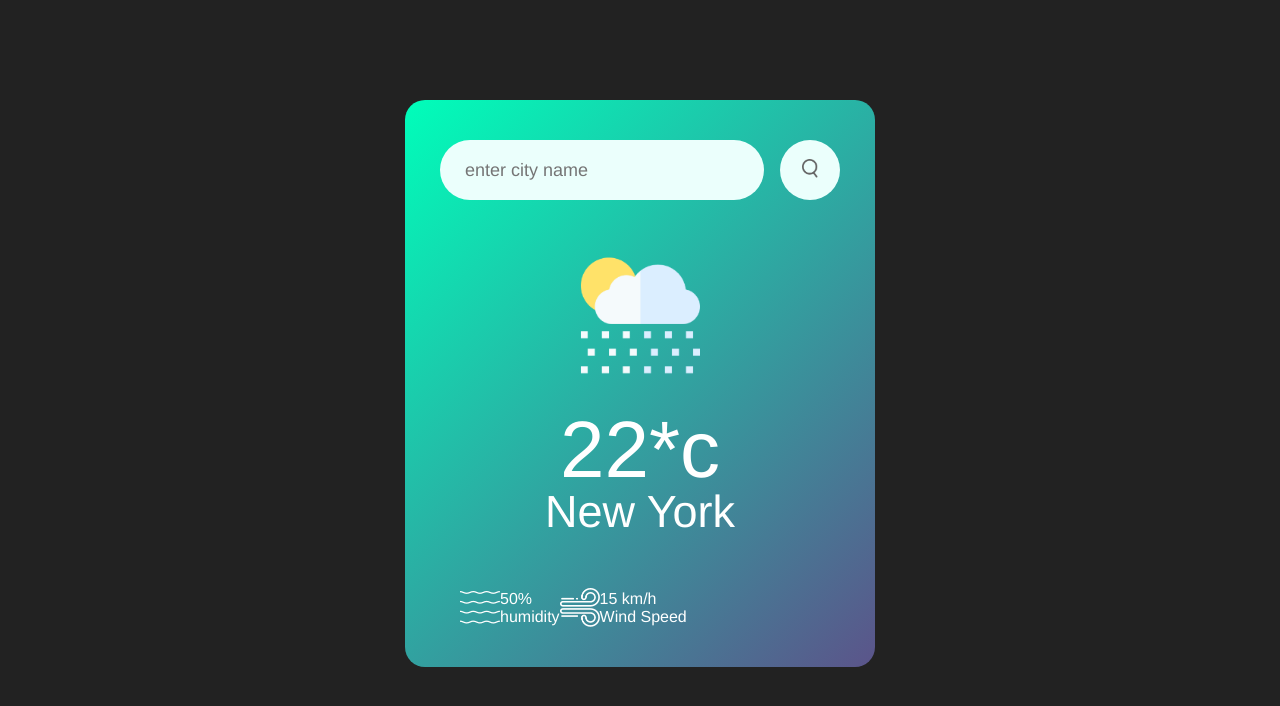
Repository: sodmaq/weatherApp
Page: index.html
These files come from the project's save history. The page is drawn as it stood at one moment and after a run of saves; the edit follows.
The browser window is 1280 px wide. The pictures show the whole page.

Above is the page before, as saved 2023-06-24 22:42:57.

### index.html
<!DOCTYPE html>
<html lang="en">
  <head>
    <meta charset="UTF-8" />
    <meta name="viewport" content="width=device-width, initial-scale=1.0" />
    <link rel="stylesheet" href="style.css" />
    <title>Weather App</title>
  </head>
  <body>
    <div class="card">
      <div class="search">
        <input type="text" placeholder="enter city name" spellcheck="false" />
        <button><img src="images/search.png" alt="search_icon" /></button>
      </div>
      <div class="weather">
        <img src="images/rain.png" alt="rain_icon" class="weather-icon" />
        <h1 class="temp">22*c</h1>
        <h2 class="city">New York</h2>
        <div class="details">
          <div class="col">
            <img src="images/humidity.png" alt="humidity_icon" />
            <div>
              <p class="humidity">50%</p>
              <p>humidity</p>
            </div>

            <div class="col">
                <img src="images/wind.png" alt="wind_icon" />
                <div>
                  <p class="Wind">15 km/h</p>
                  <p>Wind Speed</p>
                </div>
          </div>
        </div>
      </div>
    </div>
  </body>
</html>

### style.css
* {
  margin: 0;
  padding: 0;
  font-family: "Franklin Gothic Medium", "Arial Narrow", Arial, sans-serif;
  box-sizing: border-box;
}
body {
  background-color: #222;
}

.card {
  width: 90%;
  max-width: 470px;
  background: linear-gradient(135deg, #00feba, #5b548a);
  color: #fff;
  margin: 100px auto 0;
  border-radius: 20px;
  padding: 40px 35px;
  text-align: center;
}
.search {
  width: 100%;
  display: flex;
  align-items: center;
  justify-content: space-between;
}

.search input {
  border: 0;
  outline: 0;
  background: #ebfffc;
  color: #555;
  padding: 10px 25px;
  height: 60px;
  border-radius: 30px;
  flex: 1;
  margin-right: 16px;
  font-size: 18px;
}
.search button {
  border: 0;
  outline: 0;
  background: #ebfffc;
  border-radius: 50%;
  width: 60px;
  height: 60px;
  cursor: pointer;
}
.search button img {
  width: 16px;
}
.weather-icon {
  width: 170px;
  margin-top: 30px;
}
.weather h1 {
  font-size: 80px;
  font-weight: 500;
}

.weather h2 {
  font-size: 45px;
  font-weight: 400;
  margin-top: -10px;
}

.details {
  display: flex;
  align-items: center;
  justify-content: space-between;
  padding: 0 20px;
  margin-top: 50px;
}

.col{
    display: flex;
    align-items: center;
    text-align: left;
}
.col img{
    width: 40px;
    margin;
}

After the next 3 saves:
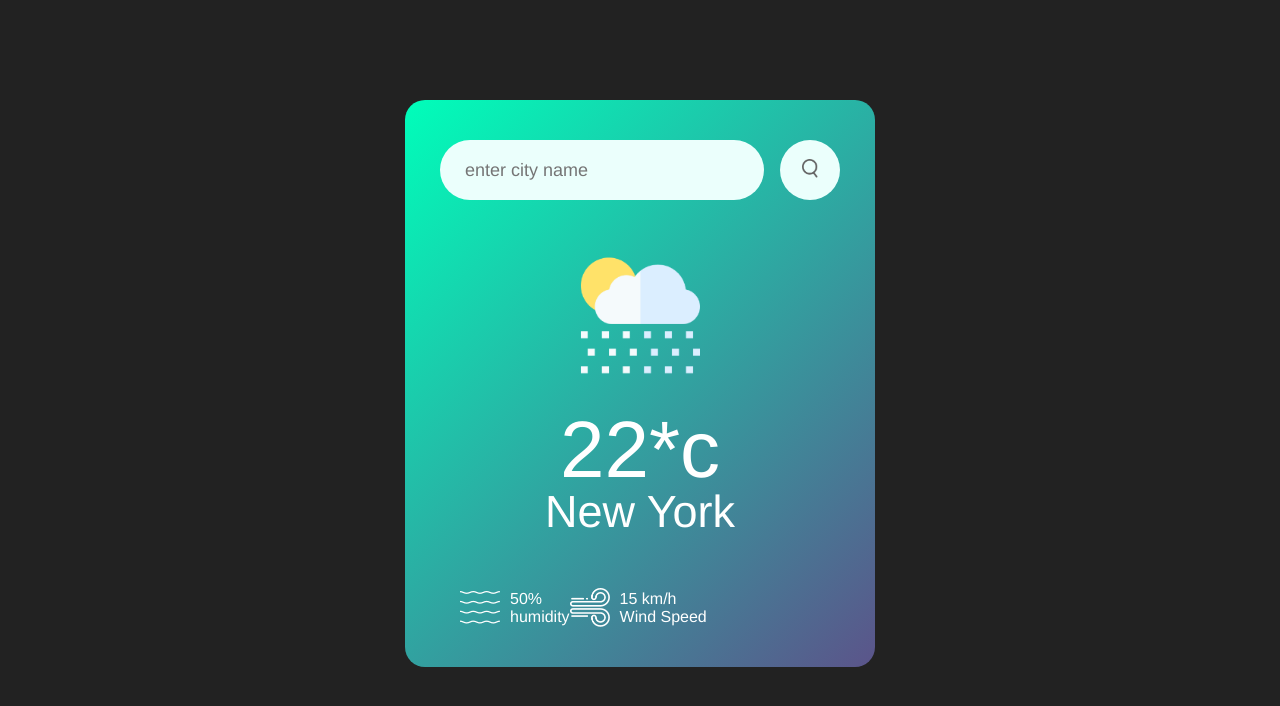
The 3 saves are shown as one change because they came seconds apart.
The last was saved 8 s later.
--- a/style.css
+++ b/style.css
@@ -72,12 +72,12 @@ body {
   margin-top: 50px;
 }
 
-.col{
-    display: flex;
-    align-items: center;
-    text-align: left;
+.col {
+  display: flex;
+  align-items: center;
+  text-align: left;
 }
-.col img{
-    width: 40px;
-    margin;
+.col img {
+  width: 40px;
+  margin-right: 10px;
 }
